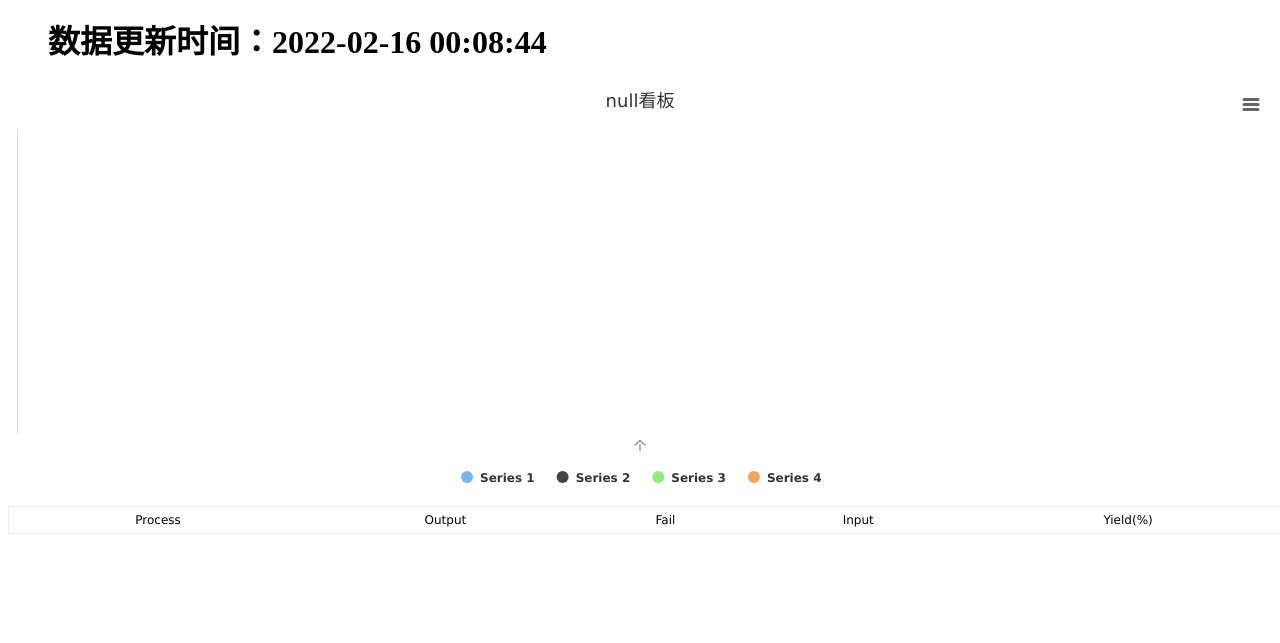
Repository: zxj19880502/mycode
Page: http://localhost/test1/line.jsp
An editor plug-in stored every save of this project. The page is shown before and after the next save, followed by the edit.
The browser window is 1280 px wide. The pictures show the whole page.
The page is served by Tomcat 9. Queries for data that is not in the repository find no rows.

Above is the page before, as saved 2022-04-02 02:10:09.

### apache-tomcat-8.5.73/webapps/ROOT/test1/line.jsp
<%@ page contentType="text/html;charset=utf-8" language="java" errorPage="" %>
 <%@ page import="java.text.*"%>
<%@ page import="java.sql.*" %>
 <%@page import="java.util.*"%>

 <meta http-equiv="refresh" content="300">

<html>

<head>

  <title>线别查询</title>


 <style type="text/css">
#container {
    height: 60%;
}

.highcharts-figure,
.highcharts-data-table table {
    min-width: 100%;
    max-width: 100%;
    margin: 1em auto;
}



#datatable caption {
    padding: 1em 0;
    font-size: 1.2em;
    color: #555;
}

#datatable th {
    font-weight: 600;
    padding: 0.5em;
}

#datatable td,
#datatable th,
#datatable caption {
    padding: 0.5em;
}


		</style>



</head>
<body>


<%

Class.forName("oracle.jdbc.driver.OracleDriver");
Connection connection=DriverManager.getConnection("jdbc:oracle:thin:@172.22.24.119:1521:ledmes","sajet","tech");
Statement stmt=connection.createStatement();
String path = request.getContextPath();
String basePath = request.getScheme()+"://"+request.getServerName()+":"+request.getServerPort()+path+"/";
String name = request.getParameter("line");//用request得到
String starday = request.getParameter("day");//用request得到
String startime = request.getParameter("time");//用request得到
String endday = request.getParameter("endday");//用request得到
String endtime = request.getParameter("endtime");//用request得到
String datetime = new SimpleDateFormat("yyyy-MM-dd HH:mm:ss").format(Calendar.getInstance().getTime());//系统时间

ResultSet rs=stmt.executeQuery("SELECT PROCESS_NAME,SUM(PASS_QTY)as good,sum(FAIL_QTY) as Fail,sum(PASS_QTY+FAIL_QTY)as input,round(decode(SUM(PASS_QTY),0,0,(SUM(PASS_QTY)/(sum(PASS_QTY+FAIL_QTY)))*100),2)as Yield from input_qtyc where PDLINE_NAME='"+name+"'AND WORK_DATE||WORK_TIME between to_CHAR('"+startime+""+starday+"')and to_char('"+endtime+""+endday+"') GROUP BY PROCESS_NAME ORDER BY Fail DESC   ");

%>

<figure class="highcharts-figure">
<tr><td><h1>&nbsp;&nbsp;&nbsp;&nbsp;&nbsp;数据更新时间：<%=datetime %></h1></td></tr>
    <div id="container"></div>

<table  id="datatable" style="position:absolute;width: 100%;font-family: Verdana, sans-serif;border-collapse: collapse;border: 1px solid #ebebeb;text-align: center;font-size:12px">
    <tr>
        <td>Process</td>
       <td>Output</td>
         <td>Fail</td>
        <td>Input</td>
        <td>Yield(%)</td>
    </tr>
    <% while(rs.next()){ %>

    <tr  >
        <td><%=rs.getString(1)%></td>
        <td ><%=rs.getString(2)%></td>
        <td ><%=rs.getString(3)%></td>
         <td><%=rs.getString(4)%></td>
        <td><%=rs.getString(5)%></td>
    </tr>


    <% } %>

</table>

<script type="text/javascript">
window.onload = function() {
    // 第3列
    var column_num = 3;

    // 获取元素
    var table = document.getElementById("datatable"),
        rows = table.getElementsByTagName("tr");

    // 循环表格
    for(var i = 0; i < rows.length; i++) {
        var cells = rows[i].getElementsByTagName("td");
        for(var c = 0; c < cells.length; c++) {
            // 对应列
            if(c + 1 === column_num
                // 判断是否大于 0
                && parseFloat(cells[c].innerHTML) > 0 && parseFloat(cells[c].innerHTML)<= 10) {
                // 两者均成立，改变颜色
                rows[i].style.background = "#f7c017";
                rows[i].style.border = "1px";
                // 检查下一行
                break;
            }
            if(c + 1 === column_num
                    // 判断是否大于 0
                    && parseFloat(cells[c].innerHTML) > 10 ) {
                    // 两者均成立，改变颜色
                    rows[i].style.background = "#f73c17";
                    rows[i].style.border = "1px";
                    // 检查下一行
                    break;
                }
            if(c + 1 === column_num
                    // 判断是否大于 0
                    && parseFloat(cells[c].innerHTML) === 0) {
                    // 两者均成立，改变颜色
                    rows[i].style.background = "#37f717";
                    rows[i].style.border = "1px";
                    // 检查下一行
                    break;
                }
        }
    }
};
</script>

 </figure>





 <script src="highcharts.js"></script>
<script src="data.js"></script>
<script src="exporting.js"></script>
<script src="accessibility.js"></script>

 <script type="text/javascript">
Highcharts.chart('container', {
    data: {

        table: 'datatable'

    },
    chart: {
        type: 'bar'
    },

    yAxis: {
        allowDecimals: false,
        title: {
            text: 'Units'
        }
    },
    title: {
		text: '<%=name %>看板'
		// 该功能依赖 data.js 模块，详见https://www.hcharts.cn/docs/data-modules
	},
	yAxis: {
		allowDecimals: false,
		title: {
			text: '个',
			rotation: 0
		}
	},
	credits:{
	     enabled: false // 禁用版权信息
	},

    tooltip: {
        formatter: function () {
            return '<b>' + this.series.name + '</b><br/>' +
                this.point.y + ' ' + this.point.name.toLowerCase();
        }
    }

});
		</script>

</body>
</html>

Loaded but not shown: apache-tomcat-8.5.73/webapps/ROOT/test1/highcharts.js (library); apache-tomcat-8.5.73/webapps/ROOT/test1/data.js (library); apache-tomcat-8.5.73/webapps/ROOT/test1/exporting.js (library); apache-tomcat-8.5.73/webapps/ROOT/test1/accessibility.js (library)

After the next save:
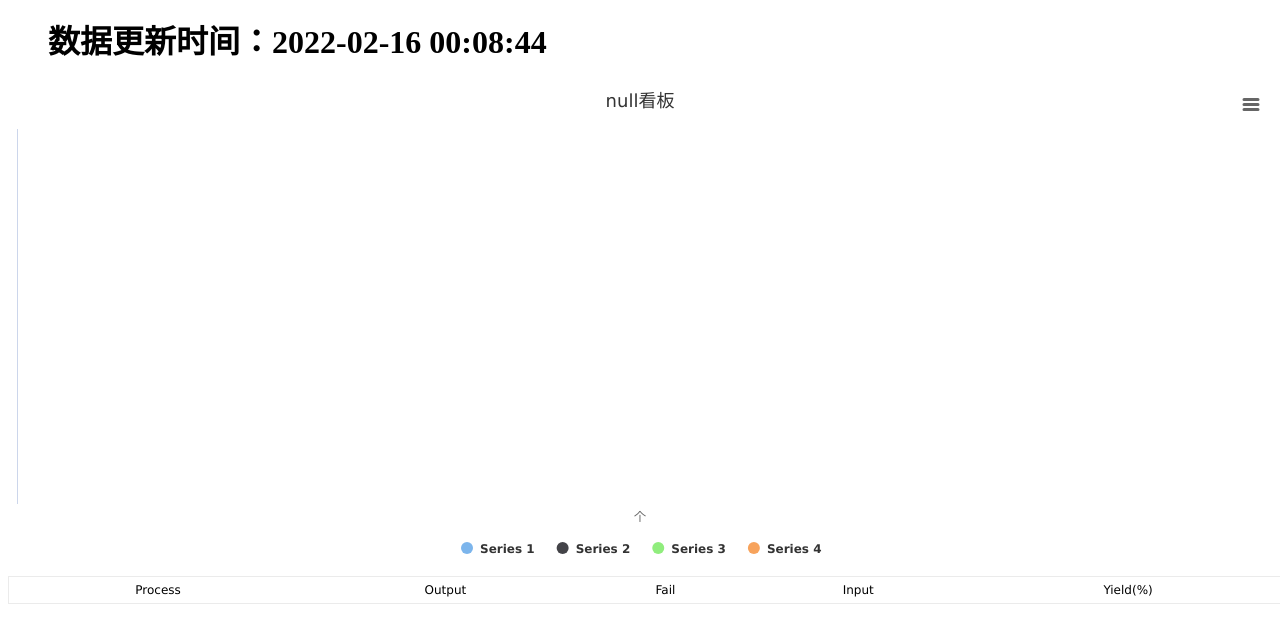
Saved 18 s later.
--- a/apache-tomcat-8.5.73/webapps/ROOT/test1/line.jsp
+++ b/apache-tomcat-8.5.73/webapps/ROOT/test1/line.jsp
@@ -14,7 +14,7 @@
 
  <style type="text/css">
 #container {
-    height: 60%;
+    height: 70%;
 }
 
 .highcharts-figure,
